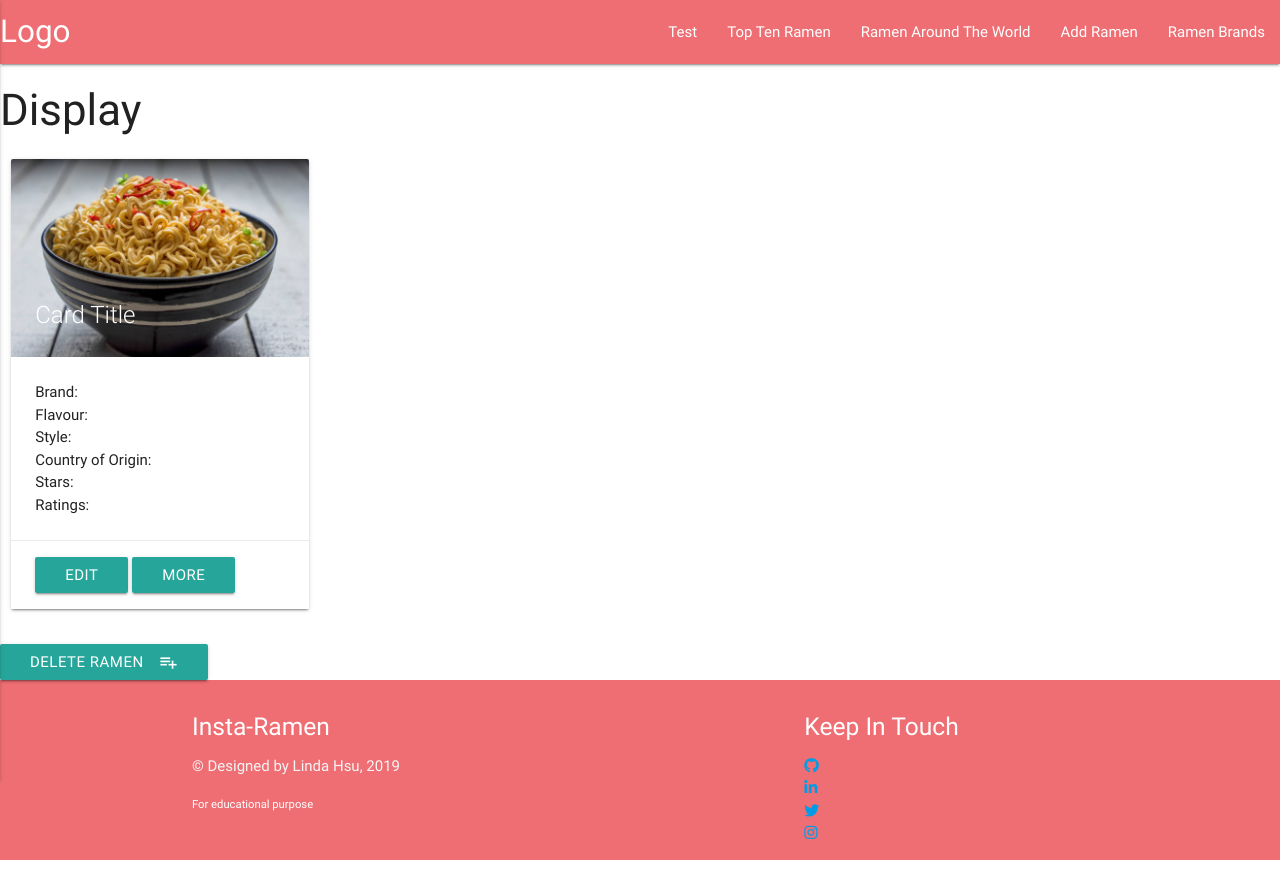
Repository: Paddlepop25/codeinstitute-insta-ramen
Page: templates/display_ramen.html
The author's editor kept a record of every edit. The page is drawn from the files as they stood at one moment, then again after the next edit.
The browser window is 1280 px wide. The pictures show the whole page.
Some web libraries are served in a nearby version. The page is served by the project's application, run on Flask 3 (app.py). The template is opened directly, without the code that normally fills it, so the values that code supplies are empty.

Above is the page before.

After the next edit:
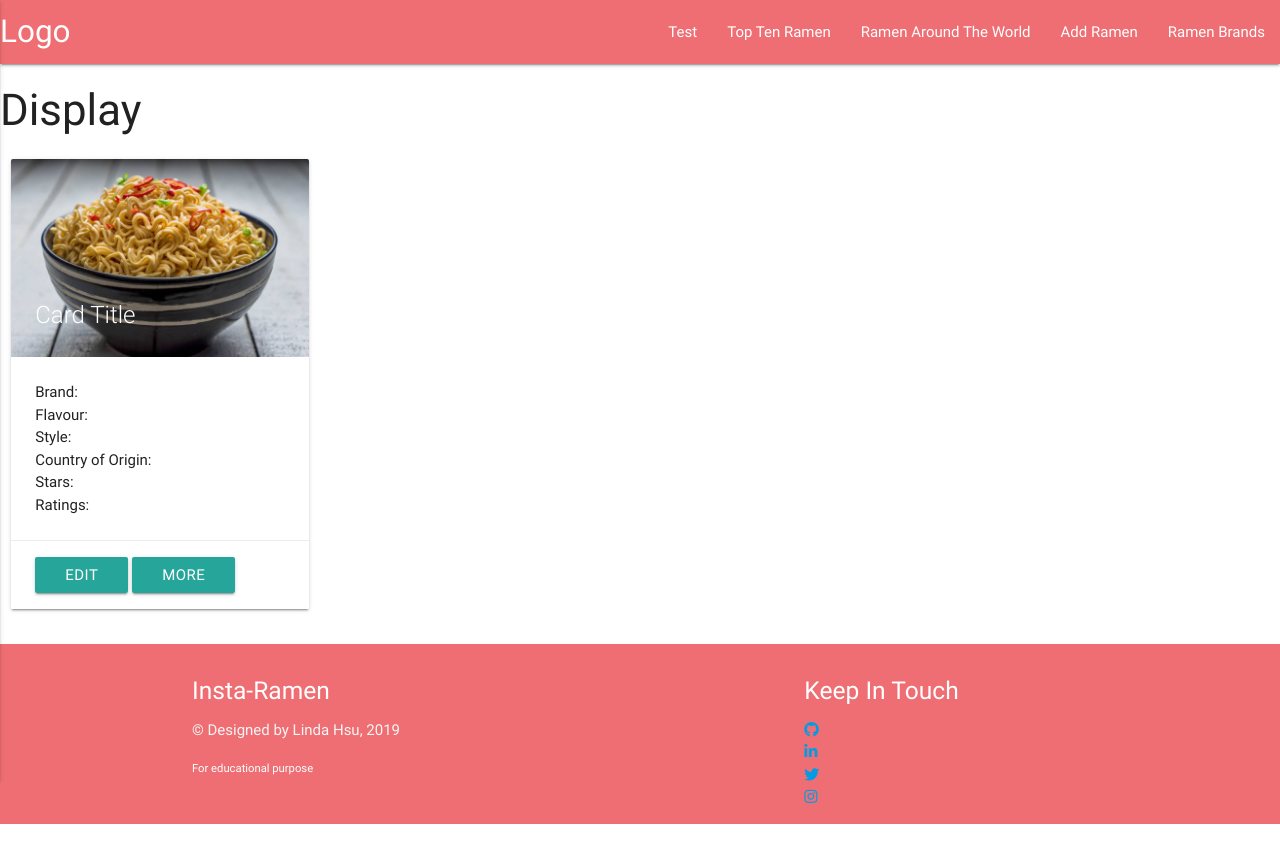
The edit:
--- a/templates/display_ramen.html
+++ b/templates/display_ramen.html
@@ -26,9 +26,6 @@
 </div>
 
 
-<button class="btn waves-effect waves-light" type="submit" name="action">Delete ramen
-        <a href="{{url_for('delete_ramen', ramen_id=ramen._id)}}"></a>
-        <i class="material-icons right">playlist_add</i>
-      </button>
+
 
 {% endblock %}
